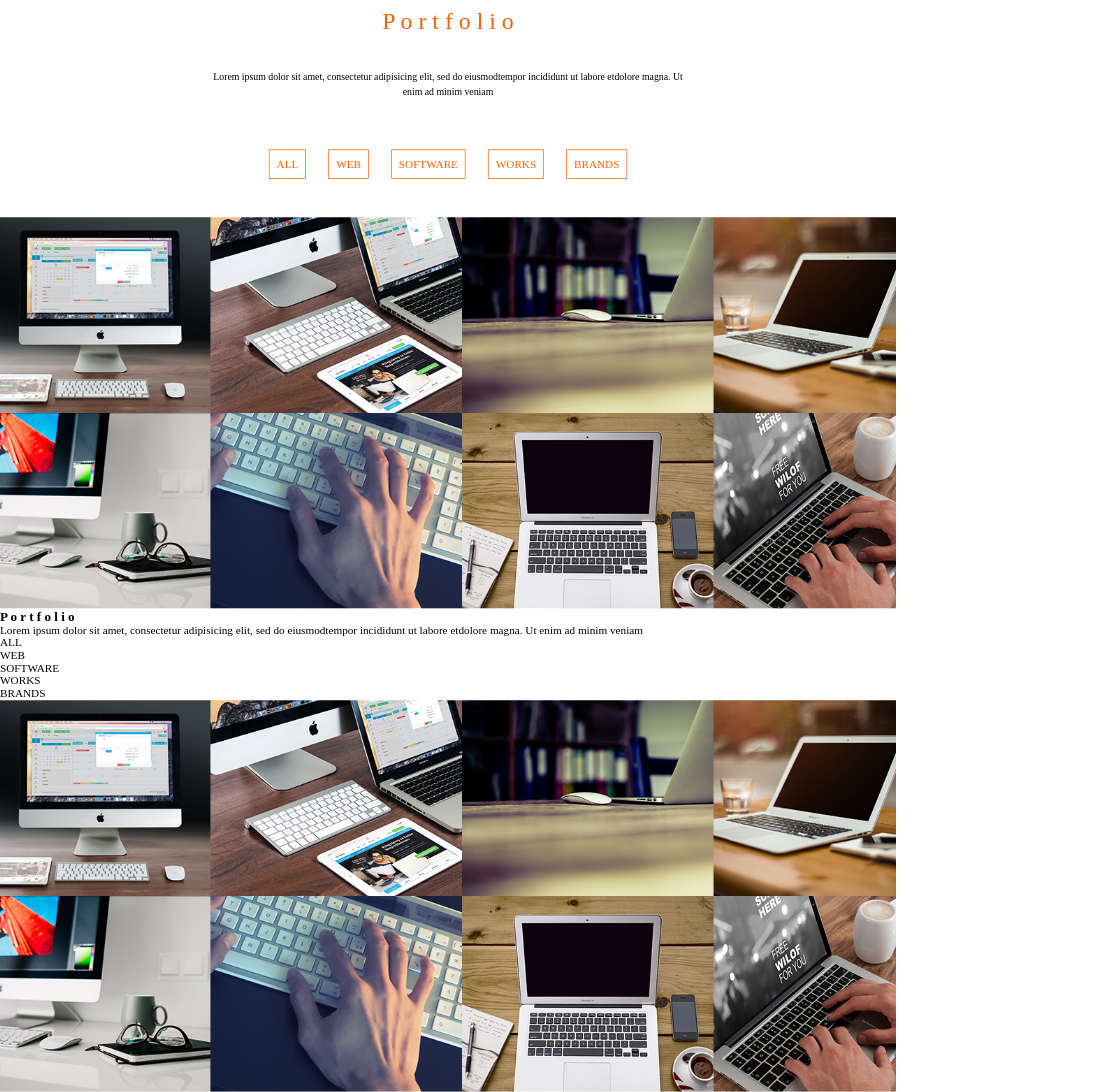
Repository: ScarApocalypse/study
Page: HTML5learning/HTML5作业/index.html
An editor plug-in stored every save of this project. The page is shown before and after the next save, followed by the edit.
The browser window is 1280 px wide. The page is 1600 px wide, so the pictures cover 1600 px, including what lies to the right of the window. The pictures show the part of the page from y = 868 to 2428 px (the page is 2428 px tall before and 2394 px after), at 70% of full size.

Above is the page before, as saved 2019-03-20 20:33:16.

### HTML5learning/HTML5作业/index.html
<!DOCTYPE html>
<html lang="en">
<head>
    <meta charset="UTF-8">
    <title>Document</title>
    <link rel="stylesheet" href="css/index.css">
    <script src="js/index.js"></script>
</head>
<body>
    <!-- 顶部区域 -->
    <header>
            <div class="container">
                    <a href="index.html" class="logo"><img src="img/logo.jpg" alt=""></a>
                    <nav>
                        <a href="#">HOME</a>
                        <a href="#">PORTFOLIO</a>
                        <a href="#">TEAM</a>
                        <a href="#">CONTACT US</a>
                    </nav>
            </div>

    </header>
    <!-- banner区域 -->
    <section class="banner">
        <div class="container">
                <article>
                        <h1>Welcome to Website</h1>
                        <p>Lorem ipsum dolor sit amet, consectetur adipisicing elit</p>
                    </article>
        </div>

    </section>
    <!-- Portfolio区域 -->
    <section class="Portfolio">
        <div class="container">
            <aside>
                <h1>P o r t f o l i o</h1>
            </aside>
            <article>
                <p>Lorem ipsum dolor sit amet, consectetur adipisicing elit, sed do eiusmodtempor incididunt ut labore etdolore magna. Ut enim ad minim veniam</p>
                <ul class="keyWord clearfix">
                    <li>ALL</li>
                    <li>WEB</li>
                    <li>SOFTWARE</li>
                    <li>WORKS</li>
                    <li>BRANDS</li>
                </ul>
            </article>

        </div>
        <div class="portfolio-nav"></div>
    </section>
    <!-- Stats区域 -->
    <section class="Stats">
            <div class="container">
                    <aside>
                        <h1>P o r t f o l i o</h1>
                    </aside>
                    <article>
                        <p>Lorem ipsum dolor sit amet, consectetur adipisicing elit, sed do eiusmodtempor incididunt ut labore etdolore magna. Ut enim ad minim veniam</p>
                        <ul class="keyWord clearfix">
                            <li>ALL</li>
                            <li>WEB</li>
                            <li>SOFTWARE</li>
                            <li>WORKS</li>
                            <li>BRANDS</li>
                        </ul>
                    </article>

                </div>
                <div class="portfolio-nav"></div>
    </section>
    <!-- Team区域 -->
    <section class="Team">

    </section>
    <!-- Contact区域 -->
    <section class="Contact">

    </section>
    <!-- 页脚区域 -->
    <footer></footer>
</body>
</html>

### HTML5learning/HTML5作业/css/index.css
*{
    margin:0;
    padding:0;
    list-style: none;
}
body{
    height: 2000px;
    font-family:Microsoft YaHei UI;
}
a{
    text-decoration: none;
}
.clearfix:after{
    content:"";
    height: 0;
    line-height: 0;
    display: block;
    visibility: hidden;
    clear:both;
}
.clearfix{
    zoom:1;
}
/* 顶部区域 */
header{
    height: 95px;
    width: 100%;
    background: #2e2e2e;
}
header > .container{
    width: 1600px;
    margin:0 auto;
    line-height: 95px;
}
header > .container > a.logo{
    float: left;
    margin-top:7px;
}
header > .container > nav{
    float:right;
}
header > .container > nav > a{
    float: left;
    color:#fff;
    margin-left:50px;
}
/* banner区域 */
.banner{
    height: 675px;
    width: 100%;
    background:url(../img/banner.jpg) no-repeat center;
    background-size: cover;
    color:#fff;
    /* overflow: hidden; */
}
.banner > .container{
    width: 850px;
    margin:0 auto;
    text-align: center;
    padding-top:280px;

}
.banner > .container > article > h1{
    font-size:57px;

}
.banner > .container > article > p{
    font-size:16px;
    line-height: 1.5em;
}
/* Portfolio区域 */
.Portfolio{
    width: 100%;
    /* height: 410px; */
    overflow: hidden;
}
.Portfolio > .container{
    width: 700px;
    margin:0 auto;
    text-align: center;

}
.Portfolio > .container > aside >h1{
    color:#f46208;
    font-size:34px;
    font-weight:500;
    margin:110px 0 50px;
}
.Portfolio > .container > article >p{
    font-size:14px;
    font-weight: 500;
    margin-bottom:72px;
    line-height: 1.5em;
}
.Portfolio > .container > article > ul.keyWord{
    display: inline-block;
    margin-bottom:50px;
}
.Portfolio > .container > article > ul.keyWord >li{
    float: left;
    /* width: 60px; */
    height: 40px;
    border:1px solid #f46208;
    text-align: center;
    line-height: 40px;
    margin:0 16px;
    font-size:16px;
    padding:0 10px;
    color:#f46208;
}
.Portfolio > .container > article > ul.keyWord >li:hover{
    background: #f46208;
    color:#fff;
    cursor: pointer;
}
.portfolio-nav{
    background: url(../img/portfolio-nav-img.jpg) no-repeat center;
    background-size: cover;
    height: 560px;
    width: 100%;
}
/* TEAM区域 */
.Team{
}

### HTML5learning/HTML5作业/js/index.js
window.onload=function(){
    console.log("hello");
};

After the next save:
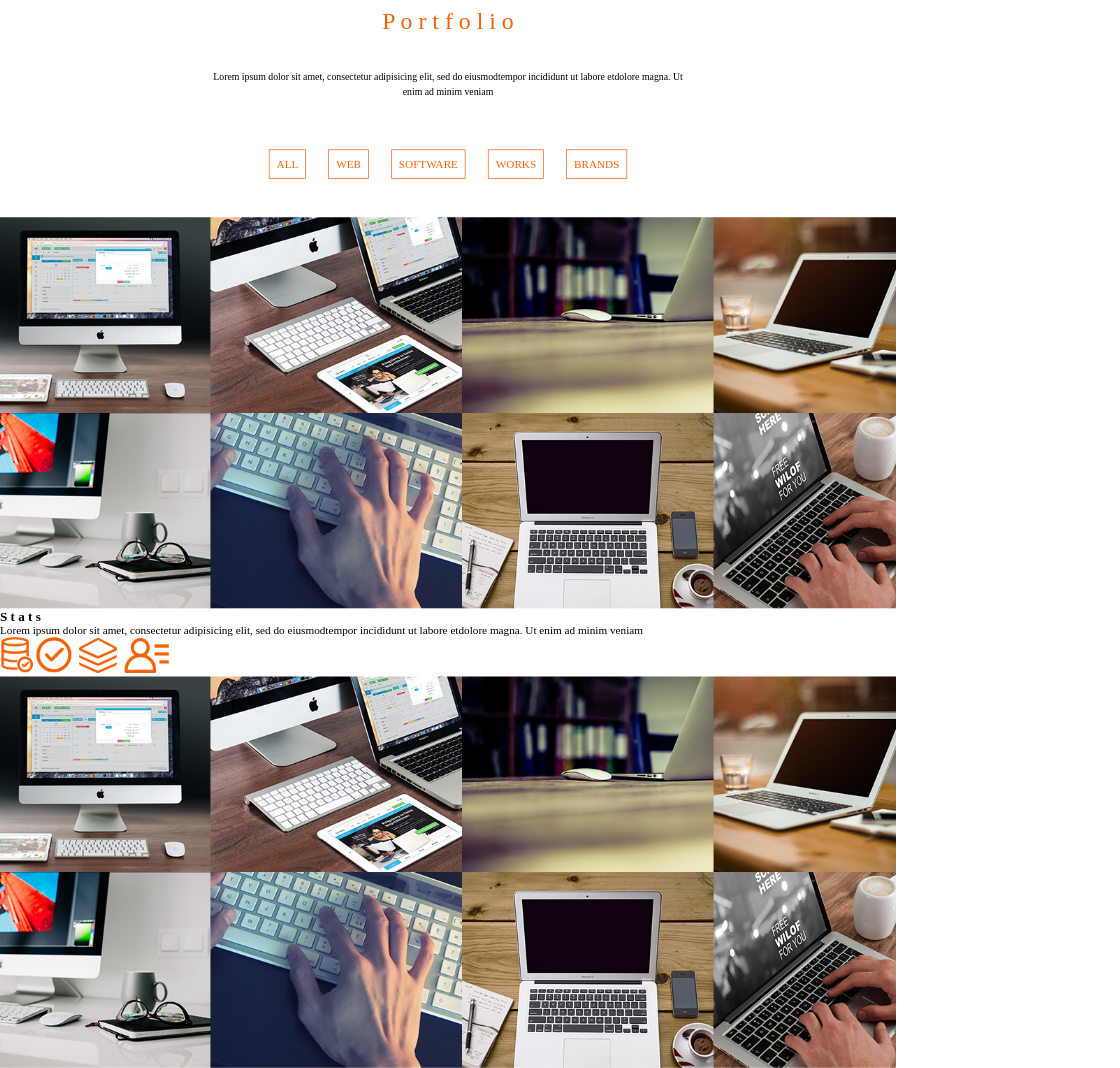
Saved 119 s later.
--- a/HTML5learning/HTML5作业/index.html
+++ b/HTML5learning/HTML5作业/index.html
@@ -54,19 +54,18 @@
     <section class="Stats">
             <div class="container">
                     <aside>
-                        <h1>P o r t f o l i o</h1>
+                        <h1>S t a t s</h1>
                     </aside>
                     <article>
                         <p>Lorem ipsum dolor sit amet, consectetur adipisicing elit, sed do eiusmodtempor incididunt ut labore etdolore magna. Ut enim ad minim veniam</p>
-                        <ul class="keyWord clearfix">
-                            <li>ALL</li>
-                            <li>WEB</li>
-                            <li>SOFTWARE</li>
-                            <li>WORKS</li>
-                            <li>BRANDS</li>
-                        </ul>
                     </article>
 
+            </div>
+                <div class="stats-icon">
+                    <img src="img/stats1.jpg" alt="">
+                    <img src="img/stats2.jpg" alt="">
+                    <img src="img/stats3.jpg" alt="">
+                    <img src="img/stats4.jpg" alt="">
                 </div>
                 <div class="portfolio-nav"></div>
     </section>
